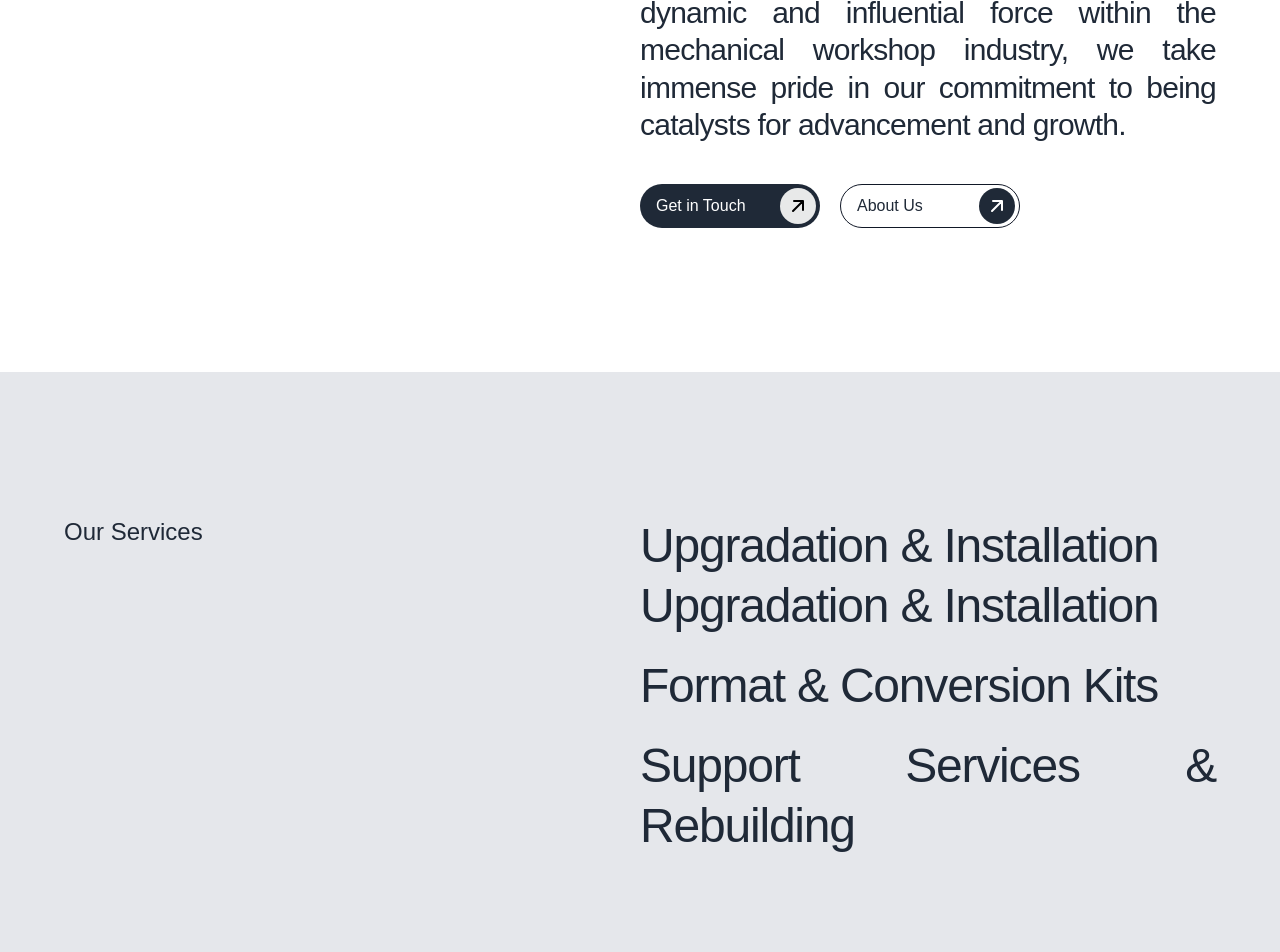
Repository: vespersolutionspk18/microtexwebsite
Page: /
An editor plug-in stored every save of this project. The page is shown before and after the next save, followed by the edit.
The browser window is 1280 px wide. The pictures show the part of the page from y = 1144 to 2096 px (the page is 2096 px tall before and 1996 px after).
Some web fonts or font styles are not loaded; a fallback is used. The project was rebuilt for these pictures with package versions that can differ from the ones it lists, and the page was loaded fresh each time. The framework's server and built-in components were replaced by stand-ins that run in the browser. Also part of the build but not shown: next.config.mjs.

Above is the page before, as saved 2024-11-18 21:18:42.

After the next save:
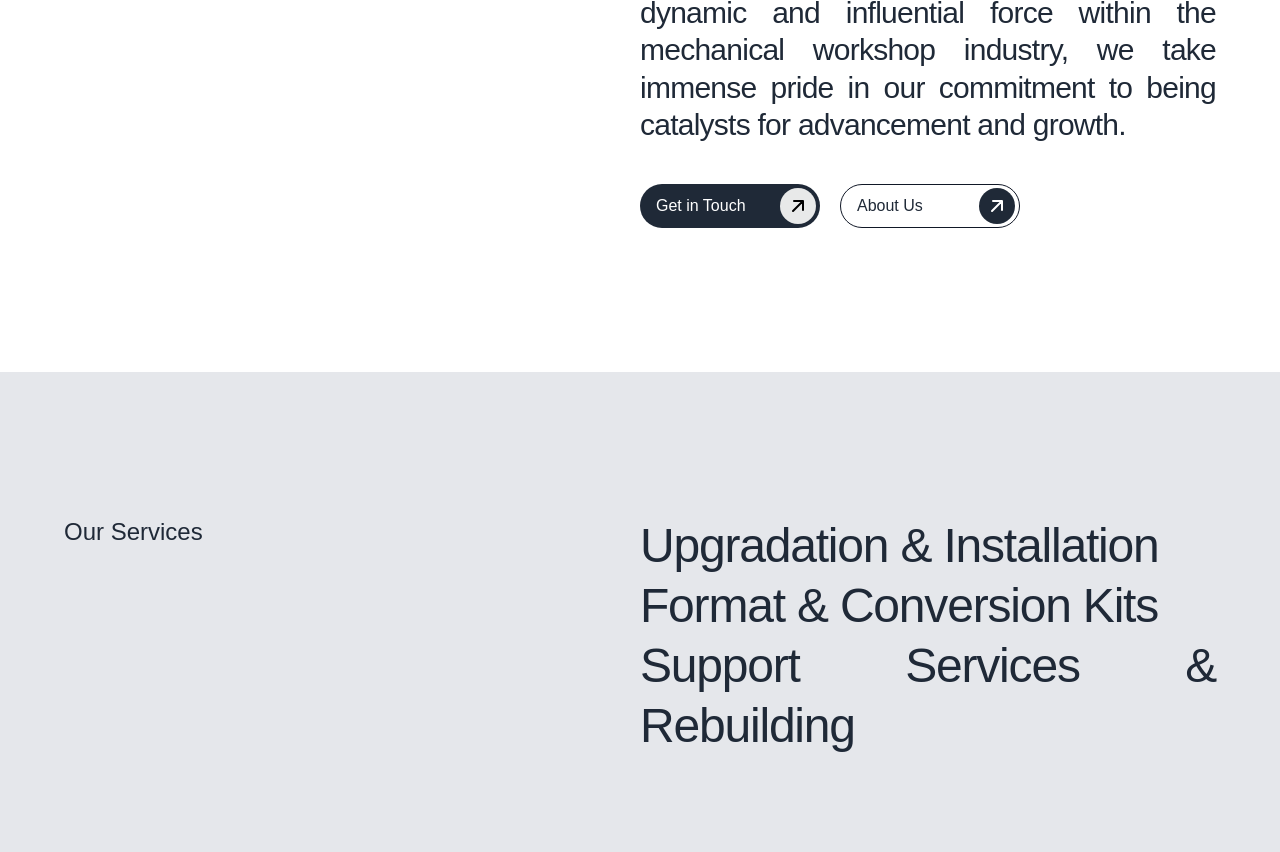
Saved 11 s later.
--- a/app/OurServices.tsx
+++ b/app/OurServices.tsx
@@ -7,8 +7,8 @@ const OurServices = () => {
         <div className="md:w-[50%] pt-20">
             <h3 className="text-gray-800 font-light text-2xl">Our Services</h3>
         </div>
-        <div className="md:w-[50%] pt-20 flex flex-col gap-5">
-            <h3 className="text-gray-800 font-light text-justify text-5xl tracking-tight leading-tight">Upgradation & Installation<br></br>Upgradation & Installation</h3>
+        <div className="md:w-[50%] pt-20 flex flex-col ">
+            <h3 className="text-gray-800 font-light text-justify text-5xl tracking-tight leading-tight">Upgradation & Installation</h3>
             <h3 className="text-gray-800 font-light text-justify text-5xl tracking-tight leading-tight">Format & Conversion Kits</h3>
             <h3 className="text-gray-800 font-light text-justify text-5xl tracking-tight leading-tight">Support Services & Rebuilding</h3>
 
